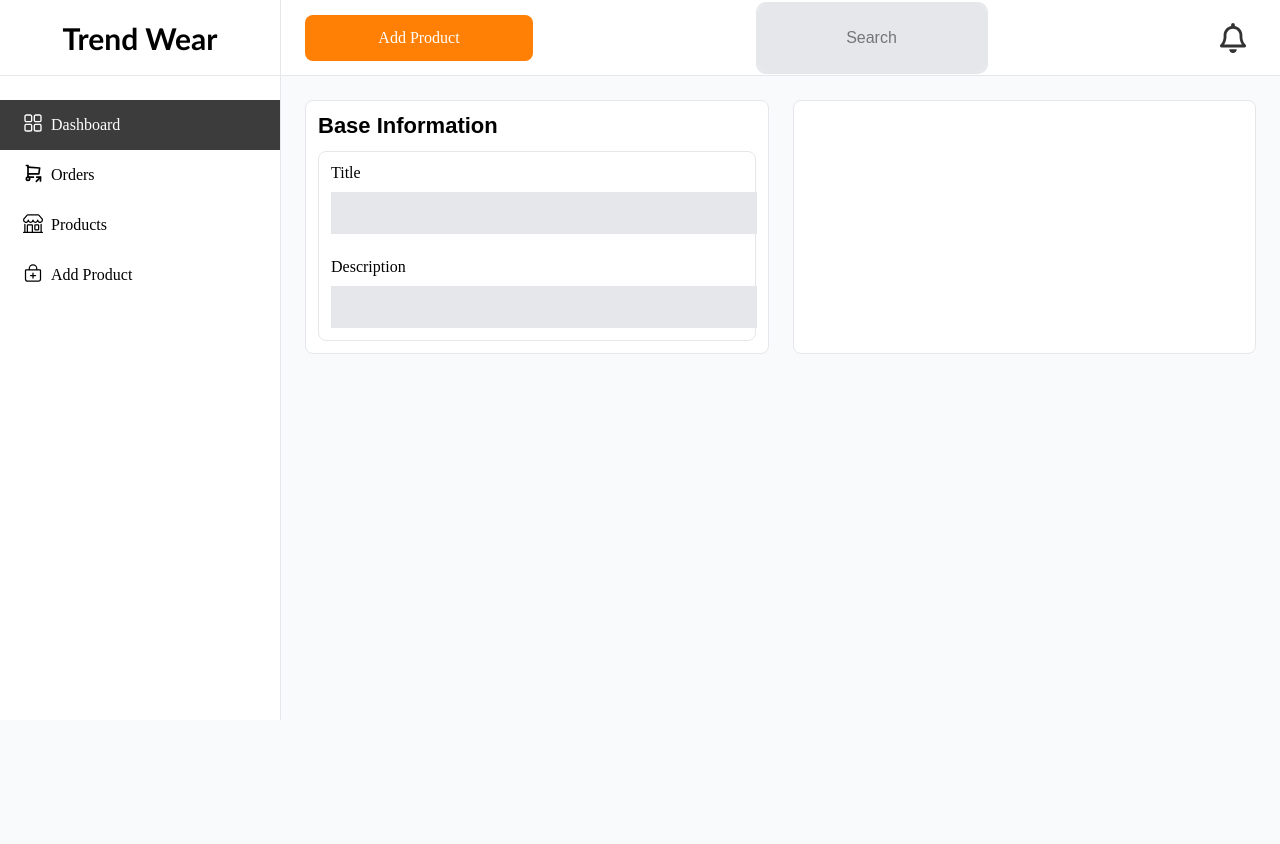
Repository: ahmad-dev7/TrendWear
Page: / (app in trend_wear_dashboard/)
An editor plug-in stored every save of this project. The page is shown before and after the next save, followed by the edit.
The browser window is 1280 px wide. The pictures show the whole page.
The project was rebuilt for these pictures with package versions that can differ from the ones it lists, and the page was loaded fresh each time. Also part of the build but not shown: trend_wear_dashboard/vite.config.ts.

Above is the page before, as saved 2025-01-20 02:36:01.

### trend_wear_dashboard/index.html
<!doctype html>
<html lang="en">

<head>
  <meta charset="UTF-8" />
  <link rel="icon" type="image/svg+xml" href="/vite.svg" />
  <meta name="viewport" content="width=device-width, initial-scale=1.0" />
  <title>Trend Wear</title>
</head>

<body>
  <div id="root"></div>
  <script type="module" src="/src/main.tsx"></script>
</body>

</html>

### trend_wear_dashboard/src/main.tsx
import { StrictMode } from "react";
import { createRoot } from "react-dom/client";
//import "bootstrap/dist/css/bootstrap.css";
import "./App.css";
import App from "./App.tsx";

createRoot(document.getElementById("root")!).render(
  <StrictMode>
    <App />
  </StrictMode>
);

### trend_wear_dashboard/src/App.css
body {
    background-color: #F9FAFB;
    padding: 0;
    margin: 0;
}

#parent {
    display: flex;
}

### trend_wear_dashboard/src/App.tsx
import { useState } from "react";
import Body from "./Components/Body/Body";
import Navbar from "./Components/Navbar/Navbar";
import Sidebar from "./Components/Sidebar/Sidebar";
import AddProducts from "./Components/AddProduct/AddProduct";
//import Dashboard from "./Components/Dashboard/Dashboard";

function App() {
  const [body, setBody] = useState("Dashboard");

  console.log(body);

  return (
    <div id="parent">
      <Sidebar onSelectTab={setBody} />
      <div style={{ flex: 1 }}>
        <Navbar />
        <Body>
          <AddProducts />
        </Body>
      </div>
    </div>
  );
}

export default App;

### trend_wear_dashboard/src/Components/Body/Body.tsx
// Body.tsx
import "./Body.css";

interface Props {
  children: React.ReactNode;
}

const Body = ({ children }: Props) => {
  return <div id="body-content">{children}</div>;
};

export default Body;

### trend_wear_dashboard/src/Components/Navbar/Navbar.tsx
import "./Navbar.css";
import { FaRegBell } from "react-icons/fa6";

const Navbar = () => {
  return (
    <div>
      <div id="top-navbar">
        <div className="nav-item add-product-button">Add Product</div>
        <input className="nav-item" placeholder="Search" type="text" />
        <FaRegBell className="nav-item icon"></FaRegBell>
      </div>
    </div>
  );
};

export default Navbar;

### trend_wear_dashboard/src/Components/Sidebar/Sidebar.tsx
import "./Sidebar.css";
import { RxDashboard } from "react-icons/rx";
import { TbShoppingCartShare } from "react-icons/tb";
import { BsShop } from "react-icons/bs";
import { IoBagAddOutline } from "react-icons/io5";
import { useState } from "react";

interface Props {
  onSelectTab: (tab: string) => void;
}

interface Tabs {
  icon: JSX.Element;
  label: string;
}

const Sidebar = ({ onSelectTab }: Props) => {
  const tabs: Tabs[] = [
    { label: "Dashboard", icon: <RxDashboard size={20} /> },
    { label: "Orders", icon: <TbShoppingCartShare size={20} /> },
    { label: "Products", icon: <BsShop size={20} /> },
    { label: "Add Product", icon: <IoBagAddOutline size={20} /> },
  ];

  const [active, setTab] = useState("Dashboard");

  return (
    <div id="sidebar">
      <div className="header">Trend Wear</div>
      <ul id="sidebar-content">
        {tabs.map((tab) => (
          <li
            key={tab.label}
            className={"tab " + (tab.label == active && "active")}
            onClick={() => {
              setTab(tab.label);
              onSelectTab(tab.label);
            }}
          >
            <div className="icon">{tab.icon}</div>
            <div className="label">{tab.label}</div>
          </li>
        ))}
      </ul>
    </div>
  );
};

export default Sidebar;

### trend_wear_dashboard/src/Components/AddProduct/AddProduct.tsx
import "./AddProduct.css";
import ProductDetails from "./ProductDetails";
import ProductPreview from "./ProductPreview";
const AddProduct = () => {
  return (
    <div className="parent">
      <div className="child">
        <ProductDetails />
      </div>

      <div className="child ">
        <ProductPreview />
      </div>
    </div>
  );
};

export default AddProduct;

### trend_wear_dashboard/src/Components/Body/Body.css
#body-content {
    display: flex;
    flex-direction: column;
    margin: 24px;
    height: 100vh;
    width: calc(100% - 48px);
    box-sizing: border-box;
}

### trend_wear_dashboard/src/Components/Navbar/Navbar.css
#top-navbar {
    display: flex;
    justify-content: space-between;
    align-items: center;
    /* padding: 0 24px; */
    background-color: white;
    height: 75px;
    width: 100%;
    border-bottom: 1px solid #e5e7eb;
}

.nav-item {
    font-size: 16px;
    color: #333;
    text-align: center;
    width: 200px;
    border-radius: 8px;
    padding: 14px;
    text-decoration: none;
}

.add-product-button {
    color: white;
    margin-left: 24px;
    background-color: #ff8005;
}

#top-navbar input {
    border: none;
    outline: 2px solid #e5e7eb;
    flex-grow: 1;
    max-width: 200px;
}

#top-navbar .icon {
    height: 30px;
    width: 30px;
    margin-right: 24px;
}

### trend_wear_dashboard/src/Components/Sidebar/Sidebar.css
/* Sidebar.css */
#sidebar {
    background-color: white;
    width: 280px;
    height: 100vh;
    border-right: 1px solid #e5e7eb;
}

#sidebar .header {
    display: flex;
    justify-content: center;
    align-items: center;
    height: 75px;
    font-size: 30px;
    font-weight: bold;
    font-family: 'Gill Sans', 'Gill Sans MT', Calibri, 'Trebuchet MS', sans-serif;
    background-color: white;
    text-align: center;
    border-bottom: 1px solid #e5e7eb;
}

#sidebar-content {
    list-style-type: none;
    margin-top: 24px;
    padding: 0;
    cursor: pointer;
}

#sidebar-content .tab {
    height: 50px;
    color: black;
    display: flex;
    align-items: center;
    padding-left: 15px;
}

.icon {
    padding: 8px;
}

#sidebar-content .active {
    background-color: #3c3c3c;
    color: white;
}

#sidebar-content .tab:hover:not(.active) {
    background-color: #e5e7eb;
}

### trend_wear_dashboard/src/Components/AddProduct/AddProduct.css
/* AddProduct.css */
.parent {
    display: flex;
    width: 100%;
    gap: 24px;
    box-sizing: border-box;
}

.child {
    flex: 1;
    text-align: center;
    background-color: white;
    border: 1px solid #e5e7eb;
    border-radius: 8px;
}

### trend_wear_dashboard/src/Components/AddProduct/ProductDetails.tsx
import "./ProductDetails.css";
import Spacer from "../../Constants/Spacer";

const ProductDetails = () => {
  return (
    <div className="product-detail-container">
      <p className="heading">Base Information</p>
      <Spacer height="12px" />
      <div className="container">
        <p className="title">Title</p>
        <input className="title-input" type="text" />
        <Spacer height="24px" />
        <p className="description">Description</p>
        <input className="description-input" type="text" />
      </div>
    </div>
  );
};

export default ProductDetails;

### trend_wear_dashboard/src/Components/AddProduct/ProductPreview.tsx
const ProductPreview = () => {
  return <div> </div>;
};

export default ProductPreview;

### trend_wear_dashboard/src/Components/AddProduct/ProductDetails.css
.product-detail-container {
    margin: 0px;
    padding: 12px;
    text-align: start;
}

/* Product details sub-sections heading */
.heading {
    margin: 0px;
    font-size: 22px;
    font-weight: 700;
    font-family: sans-serif;
}

/* Product details sub-sections container */
.container {
    border: 1px solid #e5e7eb;
    padding: 12px;
    border-radius: 8px;
}


p:not(.heading) {
    margin: 0px;
    margin-bottom: 10px;
}

/* From Uiverse.io by ErzenXz */
input {
    width: 100%;
    height: 40px;
    padding-left: 12px;
    font-size: 24px;
    border: none;
    outline: none;
    background-color: #e5e7eb;
}

.input:hover {
    border: 2px solid lightgrey;
    box-shadow: 0px 0px 20px -17px;
}

.input:active {
    transform: scale(0.95);
}

### trend_wear_dashboard/src/Constants/Spacer.tsx
interface Props {
  height?: string;
  width?: string;
}

const Spacer = ({ height = "0px", width = "0px" }: Props) => {
  return <div style={{ height: height, width: width }}></div>;
};

export default Spacer;

After the next save:
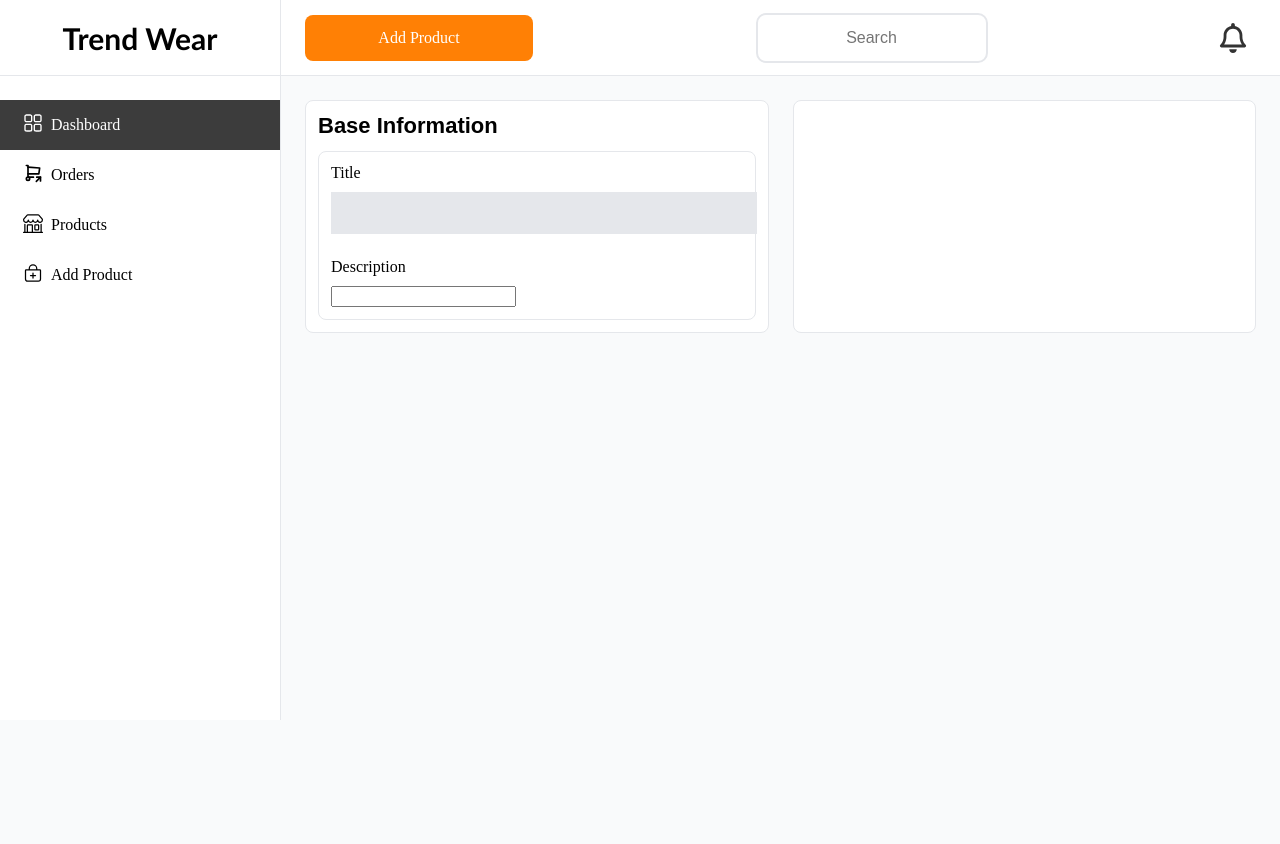
Saved 9 s later.
--- a/trend_wear_dashboard/src/Components/AddProduct/ProductDetails.css
+++ b/trend_wear_dashboard/src/Components/AddProduct/ProductDetails.css
@@ -26,7 +26,7 @@ p:not(.heading) {
 }
 
 /* From Uiverse.io by ErzenXz */
-input {
+.title-input {
     width: 100%;
     height: 40px;
     padding-left: 12px;
